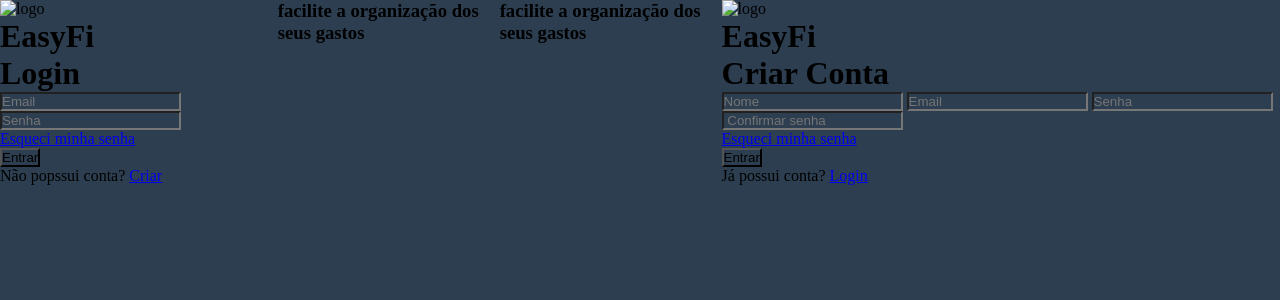
Repository: Ingridiag/projeto-engenharia
Page: login.html
The author's editor kept a copy of each file at every save. The page is drawn from the files as they stood at one save, then again after the next save.
The browser window is 1280 px wide. The pictures show the whole page.

Above is the page before, as saved 2024-10-28 14:51:27.

After the next save:
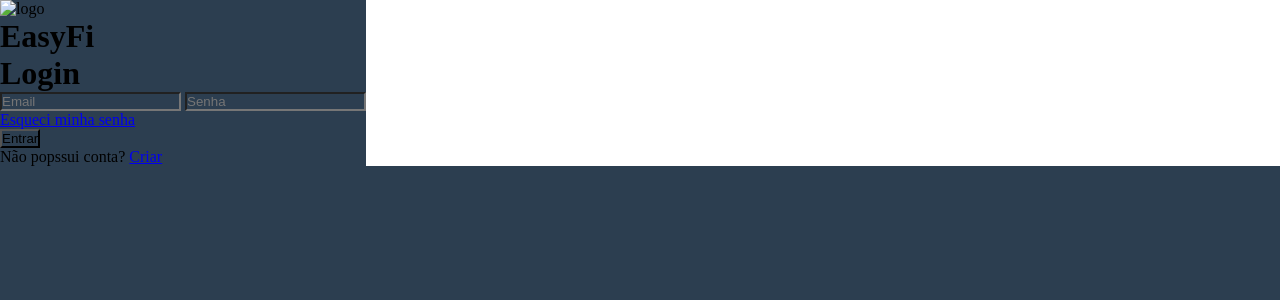
Saved 8 s later.
--- a/login.html
+++ b/login.html
@@ -46,50 +46,8 @@
 
         <div class="cadastro"></div>
 
-        <div class="segunda-coluna">
-            <h3 class="mensagem">
-                facilite a organização dos seus gastos
-            </h3>
-        </div>
 
-        <!-- Tela Cadastro -->
-        <div class="primeira-coluna">
-            <h3 class="mensagem">
-                facilite a organização dos seus gastos
-            </h3>
-        </div>
 
-        <div class="segunda-coluna">
-            <div>
-                <img src="#" alt="logo">
-                <h1>EasyFi</h1>
-            </div>
-            <div>
-                <h1 class="title">Criar Conta</h1>
-                <form>
-                    <input type="text" placeholder="Nome">
-                    <input type="email" placeholder="Email">
-                    <input type="password" placeholder="Senha">
-                    <input type="password" placeholder=" Confirmar senha">
-                </form>
-                <div>
-                    <a href="#" class="link">Esqueci minha senha</a>
-
-                </div>
-                <div class="btn-default">
-                    <button>
-                        Entrar
-                    </button>
-                </div>
-                <div>
-                    <p>Já possui conta?
-                        <span>
-                            <a href="#" class="link">Login</a>
-                        </span>
-                    </p>
-                </div>
-            </div>
-        </div>
     </div>
 
 </body>
